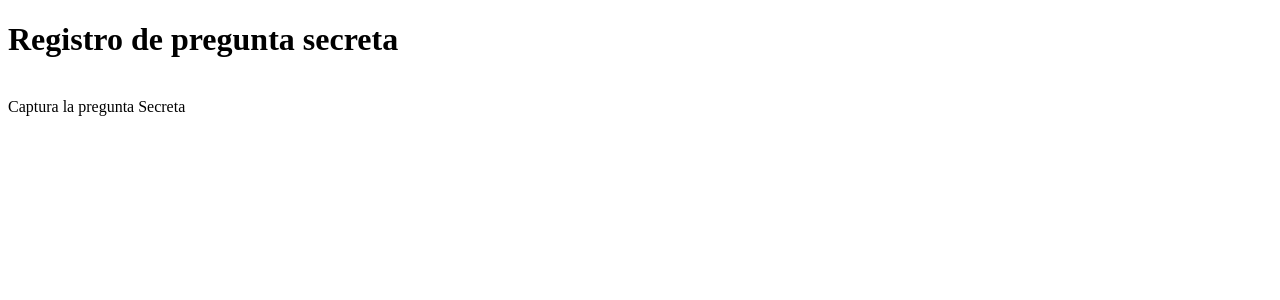
Repository: rusperstinsky/web1
Page: http://localhost/2-JSPServlets/jsp/registroPregunta.jsp
An editor plug-in stored every save of this project. The page is shown before and after the next save, followed by the edit.
The browser window is 1280 px wide. The pictures show the whole page.
The page is served by Tomcat 9. Other server files are loaded and not shown.

Above is the page before, as saved 2017-04-11 16:08:45.

### 2-JSPServlets/WebContent/jsp/registroPregunta.jsp
<%@ page language="java" contentType="text/html; charset=ISO-8859-1"
    pageEncoding="ISO-8859-1"%>
<!DOCTYPE html PUBLIC "-//W3C//DTD HTML 4.01 Transitional//EN" "http://www.w3.org/TR/html4/loose.dtd">
<html>
<head>
<meta http-equiv="Content-Type" content="text/html; charset=ISO-8859-1">
<title>Insert title here</title>
</head>
<body>
	<h1>Registro de pregunta secreta</h1>
	<br/>
	<form action="">
		Captura la pregunta Secreta
	</form>
</body>
</html>

After the next save:
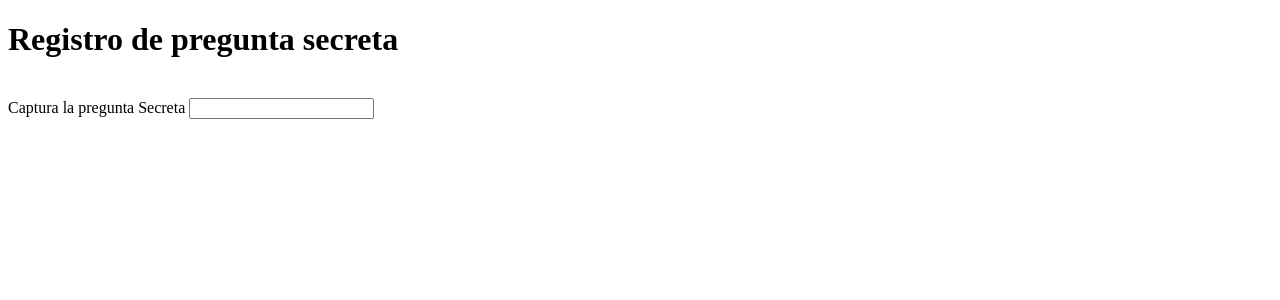
Saved 9 min 51 s later.
--- a/2-JSPServlets/WebContent/jsp/registroPregunta.jsp
+++ b/2-JSPServlets/WebContent/jsp/registroPregunta.jsp
@@ -9,8 +9,9 @@
 <body>
 	<h1>Registro de pregunta secreta</h1>
 	<br/>
-	<form action="">
+	<form>
 		Captura la pregunta Secreta
+		<input type="text" name="pregunta">
 	</form>
 </body>
 </html>
